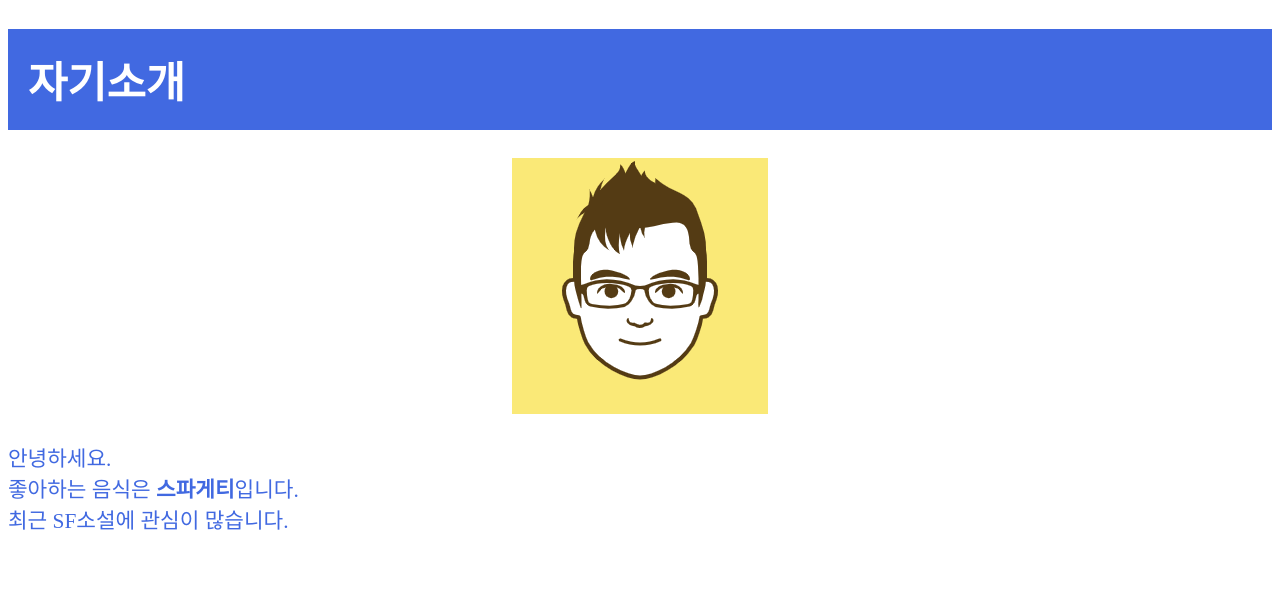
Repository: suhong99/htmlLecture
Page: cssWork1/src/main/webapp/index3.html
The author's editor kept a copy of each file at every save. The page is drawn from the files as they stood at one save, then again after the next save.
The browser window is 1280 px wide. The pictures show the whole page.

Above is the page before, as saved 2023-06-22 06:42:15.

After the next save:
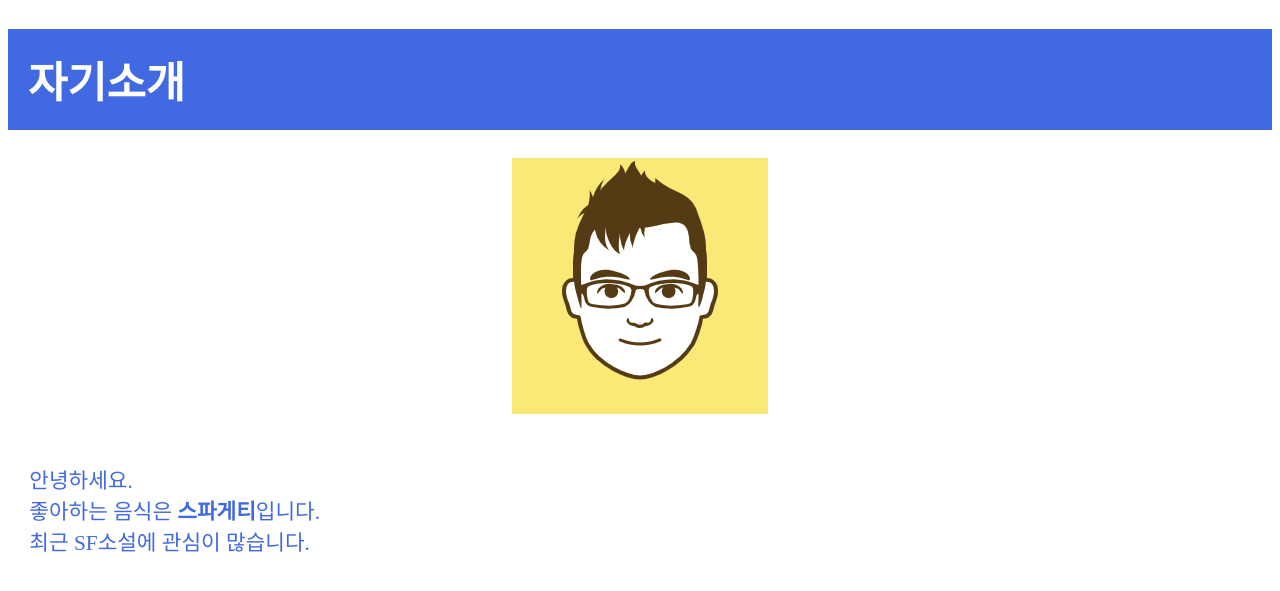
Saved 19 s later.
--- a/cssWork1/src/main/webapp/index3.html
+++ b/cssWork1/src/main/webapp/index3.html
@@ -16,6 +16,9 @@ h1{
 .center{
 text-align:center;
 }
+p.border{
+padding:1em;
+}
 </style>
 </head>
 <body>
